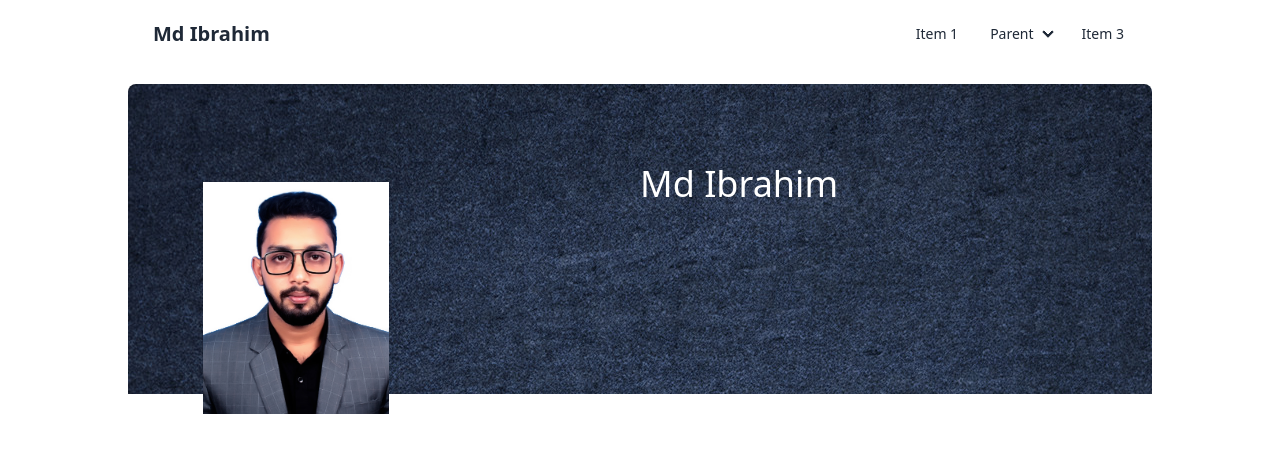
Repository: mdrubel02/portfilo
Page: /
An editor plug-in stored every save of this project. The page is shown before and after the next save, followed by the edit.
The browser window is 1280 px wide. The pictures show the whole page.
The project was rebuilt for these pictures with package versions that can differ from the ones it lists, and the page was loaded fresh each time. Also part of the build but not shown: vite.config.js.

Above is the page before, as saved 2023-06-25 14:06:44.

After the next save:
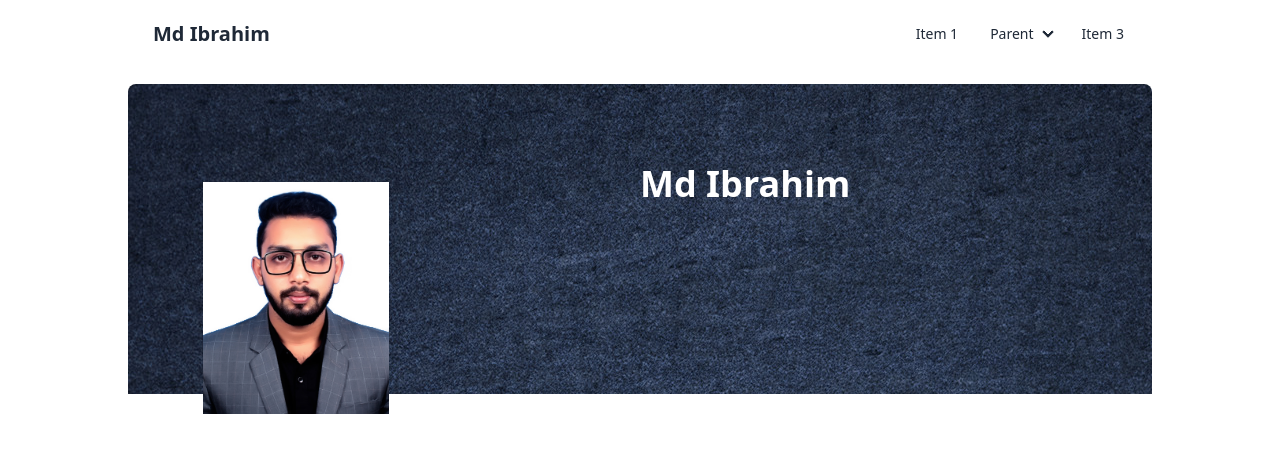
Saved 56 s later.
--- a/src/Pages/Home/Home.jsx
+++ b/src/Pages/Home/Home.jsx
@@ -15,7 +15,7 @@ const Home = () => {
                         </div>
                         <div className='lg:w-1/2 flex justify-start items-center'>
                             <div className='mt-20 w-60'>
-                                <h3 className='text-4xl text-white '>Md Ibrahim</h3>
+                                <h3 className='text-4xl text-white font-bold'>Md Ibrahim</h3>
                             </div>
                         </div>
                     </div>
